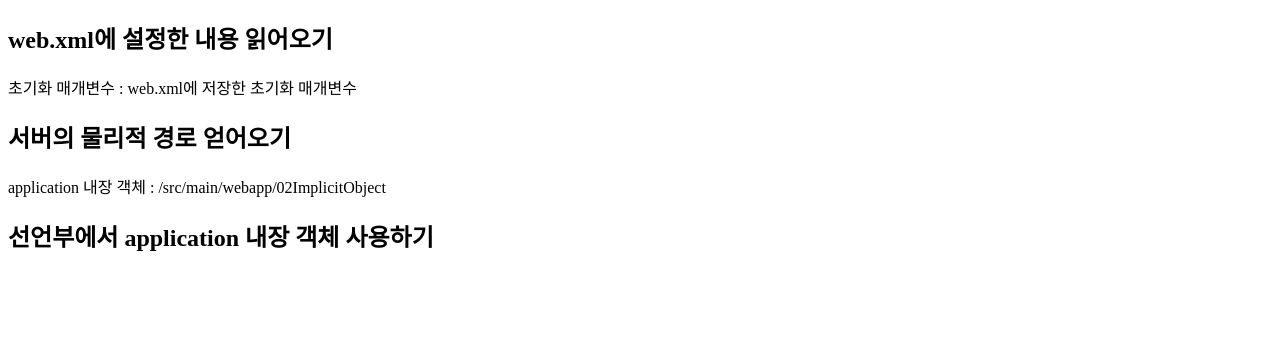
Repository: zodib0123/kdt_jsp
Page: http://localhost/MustHaveJSP/02ImplicitObject/ApplicationMain.jsp
The author's editor kept a copy of each file at every save. The page is drawn from the files as they stood at one save, then again after the next save.
The browser window is 1280 px wide. The pictures show the whole page.
The page is served by Tomcat 10. Other server files are loaded and not shown.

Above is the page before, as saved 2025-09-24 03:36:31.

### MustHaveJSP/src/main/webapp/02ImplicitObject/ApplicationMain.jsp
<%@ page language="java" contentType="text/html; charset=UTF-8"
    pageEncoding="UTF-8"%>
<!DOCTYPE html>
<html>
<head>
<meta charset="UTF-8">
<title>내장 객체 - application</title>
</head>
<body>
	<h2>web.xml에 설정한 내용 읽어오기</h2>
	초기화 매개변수 : <%= application.getInitParameter("INIT_PARAM") %>

	<h2>서버의 물리적 경로 얻어오기</h2>
	application 내장 객체 : <%= application.getRealPath("/02ImplicitObject") %>

	<h2>선언부에서 application 내장 객체 사용하기</h2>
	<%!
	public String useImplicitObject() {
		return this.getServletContext().getRealPath("/02ImplicitObject");
	}
	public String useImplicitObject(ServletContext app) {
		return app.getRealPath("/02ImplicitObject");
	}
	%>

</body>
</html>

After the next save:
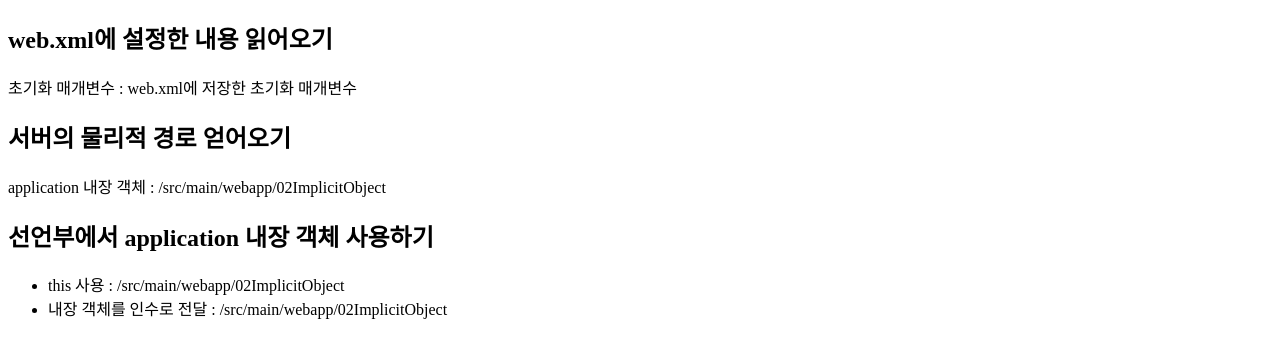
Saved 46 s later.
--- a/MustHaveJSP/src/main/webapp/02ImplicitObject/ApplicationMain.jsp
+++ b/MustHaveJSP/src/main/webapp/02ImplicitObject/ApplicationMain.jsp
@@ -22,6 +22,9 @@
 		return app.getRealPath("/02ImplicitObject");
 	}
 	%>
-
+	<ul>
+		<li>this 사용 : <%= useImplicitObject() %></li>
+		<li>내장 객체를 인수로 전달 : <%= useImplicitObject(application) %></li>
+	</ul>
 </body>
 </html>
